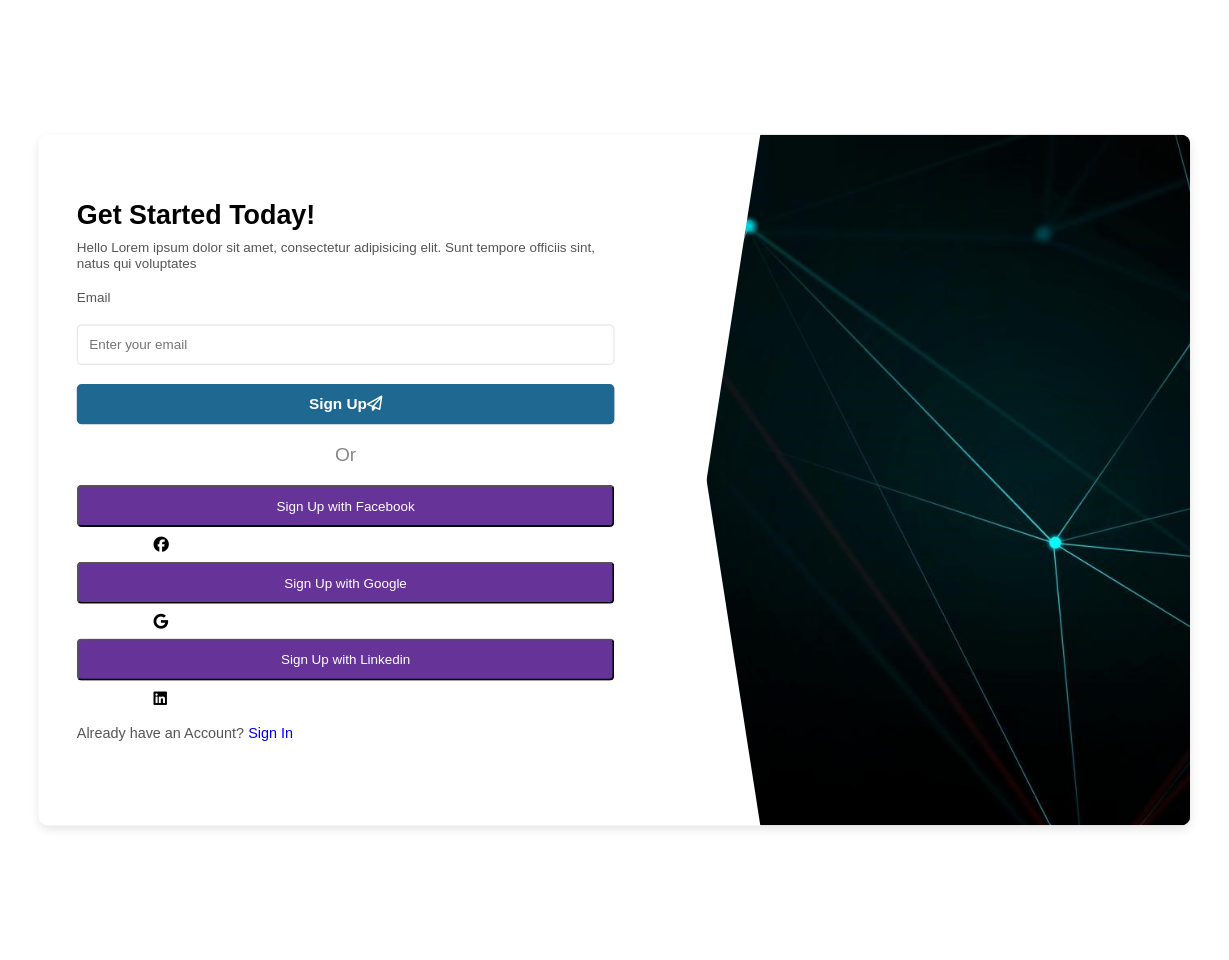
Repository: Femi007-gh/Login-V2
Page: index.html
These files come from the project's save history. The page is drawn as it stood at one moment and after the next save; the edit follows.
The browser window is 1280 px wide. The pictures show the whole page, at 96% of full size.

Above is the page before, as saved 2025-01-27 15:17:58.

After the next save:
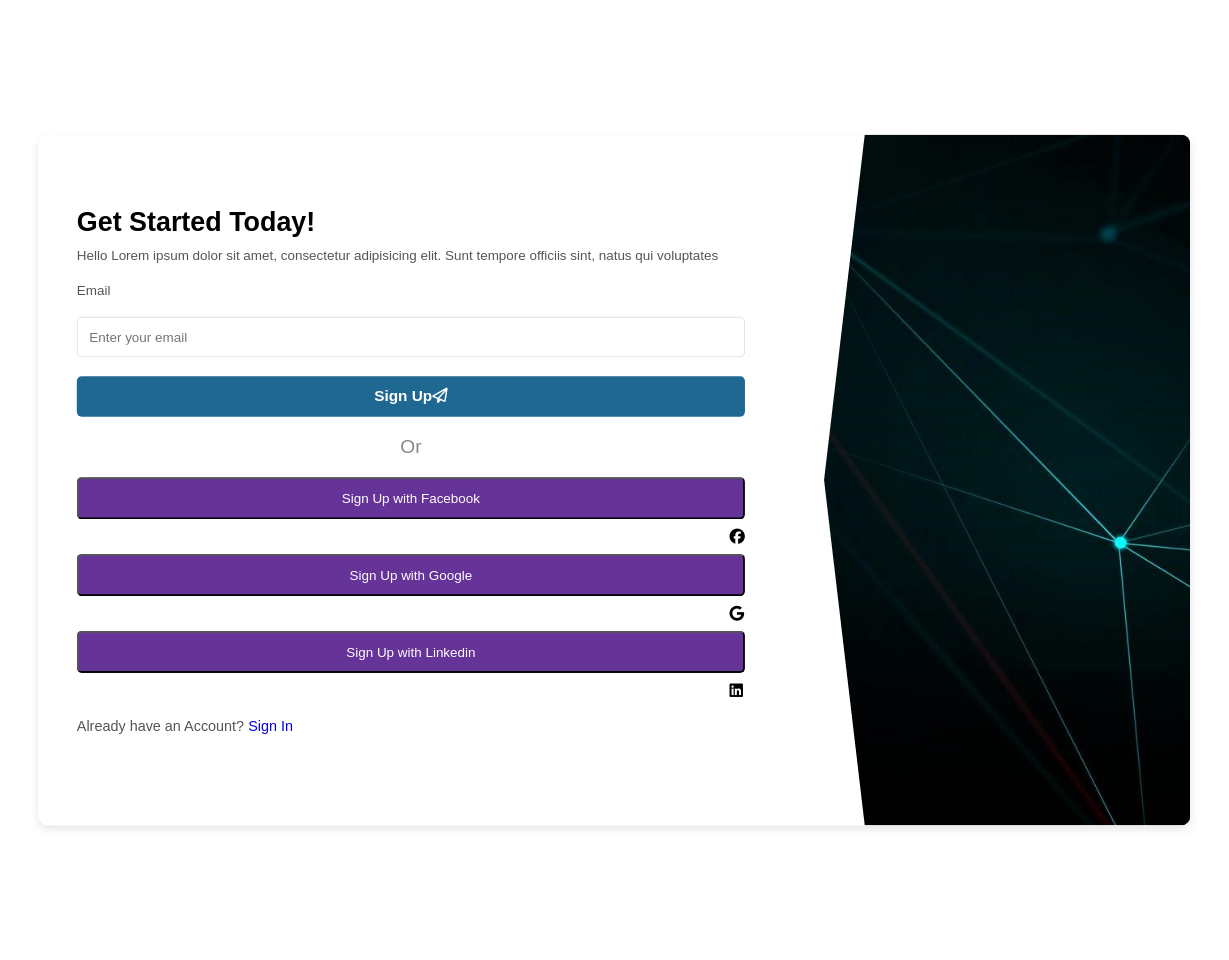
Saved 6 s later.
--- a/style.css
+++ b/style.css
@@ -113,5 +113,5 @@ p {
 }
 
 .fa-brands {
-  margin-left: 80px;
+  margin-left: 680px;
 }
